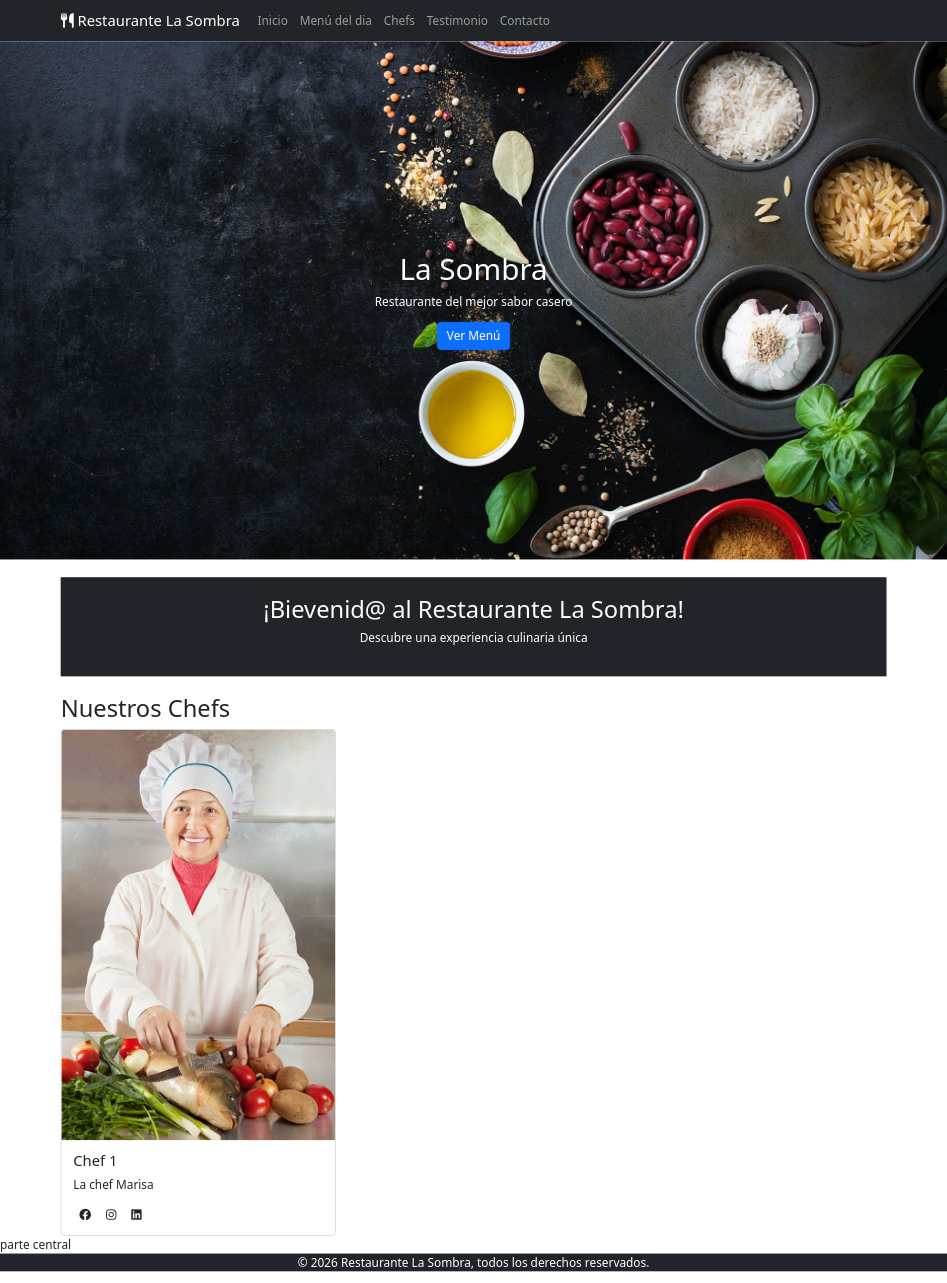
Repository: salextros/Restaurant-Project-PHP-MySQL
Page: http://localhost/restaurant/index.php
These files come from the project's save history. The page is drawn as it stood at one moment and after the next save; the edit follows.
The browser window is 1280 px wide. The pictures show the whole page, at 74% of full size.
The page is run by PHP 8.4 with error messages shown; the project is at /var/www/html/.

Above is the page before, as saved 2026-01-17 11:50:50.

### restaurant/index.php
<!doctype html>
<html lang="en">

<head>
    <title>Title</title>
    <!-- Required meta tags -->
    <meta charset="utf-8" />
    <meta
        name="viewport"
        content="width=device-width, initial-scale=1, shrink-to-fit=no" />

    <!-- Bootstrap CSS v5.2.1 -->
    <link
        href="https://cdn.jsdelivr.net/npm/bootstrap@5.3.2/dist/css/bootstrap.min.css" rel="stylesheet"
        integrity="sha384-T3c6CoIi6uLrA9TneNEoa7RxnatzjcDSCmG1MXxSR1GAsXEV/Dwwykc2MPK8M2HN" crossorigin="anonymous" />

        <link
        rel="stylesheet"
        href="https://cdnjs.cloudflare.com/ajax/libs/font-awesome/6.4.2/css/all.min.css"
        crossorigin="anonymous"
        referrerpolicy="no-referrer" />
</head>

<body>




    <nav class="navbar navbar-expand-lg navbar-dark bg-dark">
        <div class="container">

            <a class="navbar-brand" href="#"> <i class="fas fa-utensils"></i> Restaurante La Sombra </a>

            <button class="navbar-toggler" type="button" data-bs-toggle="collapse" data-bs-target="#navbarNav" aria-controls="navbarNav" aria-expanded="false" aria-label="Toggle navigation">
                <span class="navbar-toggler-icon"></span>
            </button>

            <div class="collapse navbar-collapse" id="navbarNav">
                <ul class="nav navbar-nav ml-auto">

                    <li class="nav-item">
                        <a class="nav-link" href="#inicio">Inicio</a>
                    </li>

                    </li>
                    <li class="nav-item">
                        <a class="nav-link" href="#menu">Menú del dia</a>
                    </li>

                    </li>
                    <li class="nav-item">
                        <a class="nav-link" href="#chefs">Chefs</a>
                    </li>

                    </li>
                    <li class="nav-item">
                        <a class="nav-link" href="#testimonio">Testimonio</a>
                    </li>

                    </li>
                    <li class="nav-item">
                        <a class="nav-link" href="#contacto">Contacto</a>
                    </li>

                </ul>
            </div>
        </div>
    </nav>

    <section id="banner" class="container-fluid p-0">
        <div class="banner-img" style="position:relative; background:url('images/slider-image1.jpg') center/cover no-repeat; height: 700px;">

            <div class="banner-text" style="position: absolute; top:50%; left:50%; transform: translate(-50%, -50%); color:#fff; text-align:center;">
                <h1>La Sombra</h1>
                <p>Restaurante del mejor sabor casero</p>
                <a href="#menu" class="btn btn-primary">Ver Menú</a>
            </div>

        </div>


    </section>


    <section id="id" class="container mt-4 text-center">

        <div class="jumbotron bg-dark text-white">

            <br />
            <h2>¡Bievenid@ al Restaurante La Sombra!</h2>
            <p>Descubre una experiencia culinaria única</p>
            <br />
        </div>
    </section>

    <section id="chefs" class="container mt-4">
    <h2>Nuestros Chefs</h2>
        <div>
            <div class="col-md-4">

            <div class="card">
                <img src="images/colaboradores/team-image1.jpg"
                class="card-img-top"
                alt="Chef 1" />

            <div class="card-body">
                <h5 class="card-title">Chef 1</h5>
                <p class="card-text">La chef Marisa </p>
                <div class="social-icons mt-3">
                    <a href="#" class="text-dark m-2"><i class="fab fa-facebook"></i></a>
                    <a href="#" class="text-dark m-2"><i class="fab fa-instagram"></i></a>
                    <a href="#" class="text-dark m-2"><i class="fab fa-linkedin"></i></a>
                </div>







    </section>

    <header>
        <!-- place navbar here -->
    </header>
    <main>
        parte central


    </main>






    <footer class="bg-dark text-white text-center">
        <!-- place footer here -->

        <p> &copy; 2026 Restaurante La Sombra, todos los derechos reservados.</p>

    </footer>
    <!-- Bootstrap JavaScript Libraries -->
    <script
        src="https://cdn.jsdelivr.net/npm/@popperjs/core@2.11.8/dist/umd/popper.min.js"
        integrity="sha384-I7E8VVD/ismYTF4hNIPjVp/Zjvgyol6VFvRkX/vR+Vc4jQkC+hVqc2pM8ODewa9r"
        crossorigin="anonymous"></script>

    <script
        src="https://cdn.jsdelivr.net/npm/bootstrap@5.3.2/dist/js/bootstrap.min.js"
        integrity="sha384-BBtl+eGJRgqQAUMxJ7pMwbEyER4l1g+O15P+16Ep7Q9Q+zqX6gSbd85u4mG4QzX+"
        crossorigin="anonymous"></script>
</body>

</html>

After the next save:
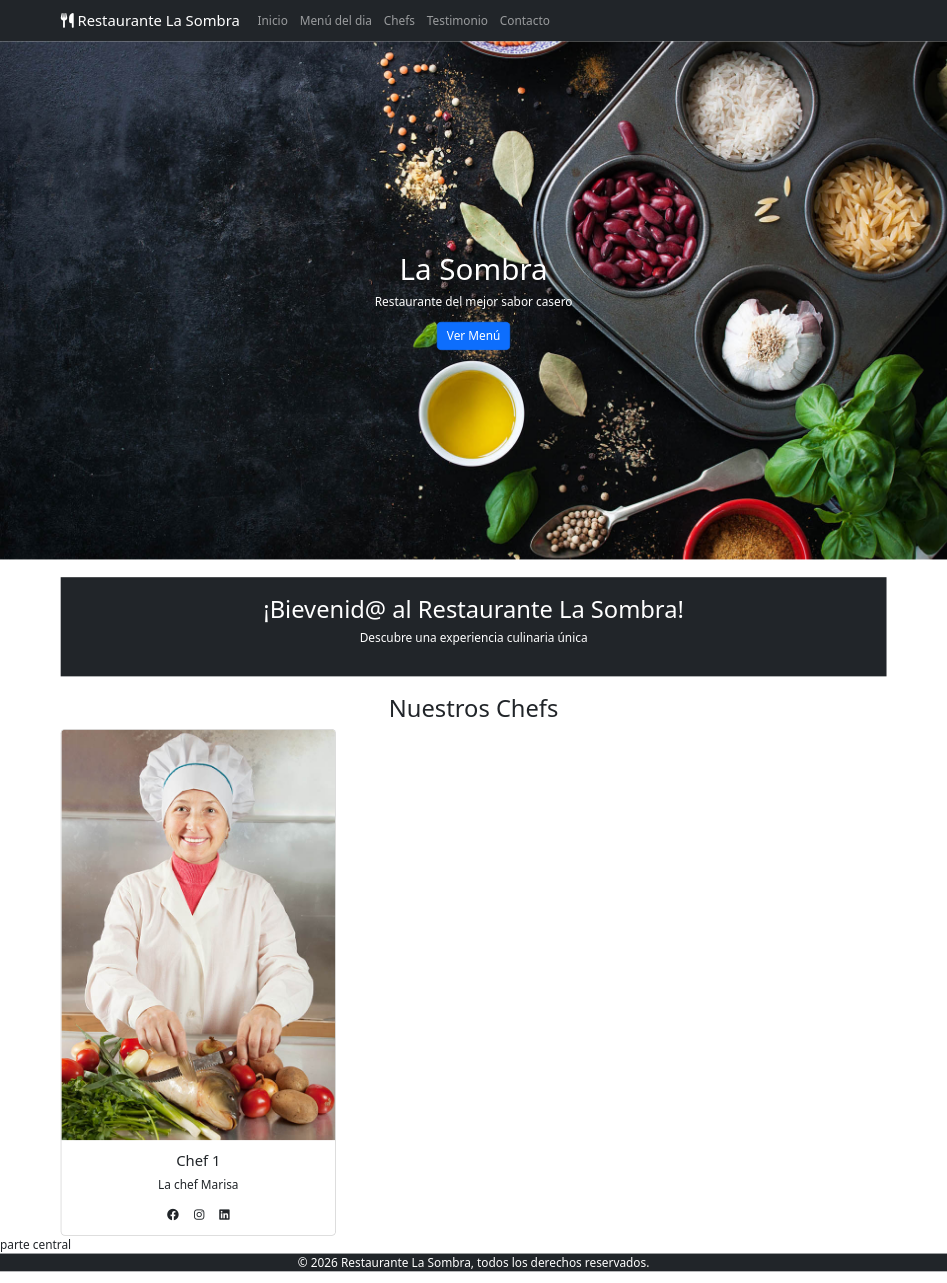
Saved 37 s later.
--- a/restaurant/index.php
+++ b/restaurant/index.php
@@ -93,7 +93,7 @@
         </div>
     </section>
 
-    <section id="chefs" class="container mt-4">
+    <section id="chefs" class="container mt-4 text-center">
     <h2>Nuestros Chefs</h2>
         <div>
             <div class="col-md-4">
